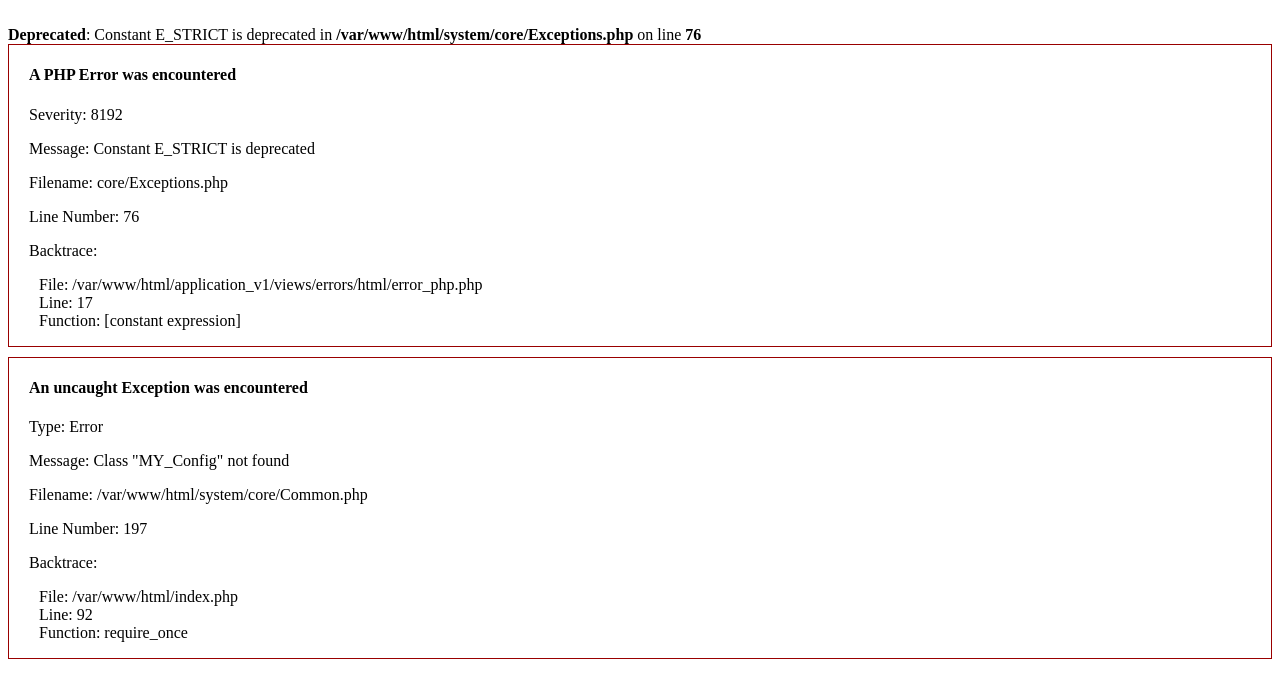
Repository: Mreweb/BargheToRest
Page: http://localhost/BargheToApi/
The author's editor kept a copy of each file at every save. The page is drawn from the files as they stood at one save, then again after the next save.
The browser window is 1280 px wide. The pictures show the whole page.
The page is run by PHP 8.4 with error messages shown; the project is at /var/www/html/. application_v1/core/MY_Config.php is not in the repository; a stand-in opens the database connection.

Above is the page before, as saved 2023-10-28 15:25:39.

After the next save:
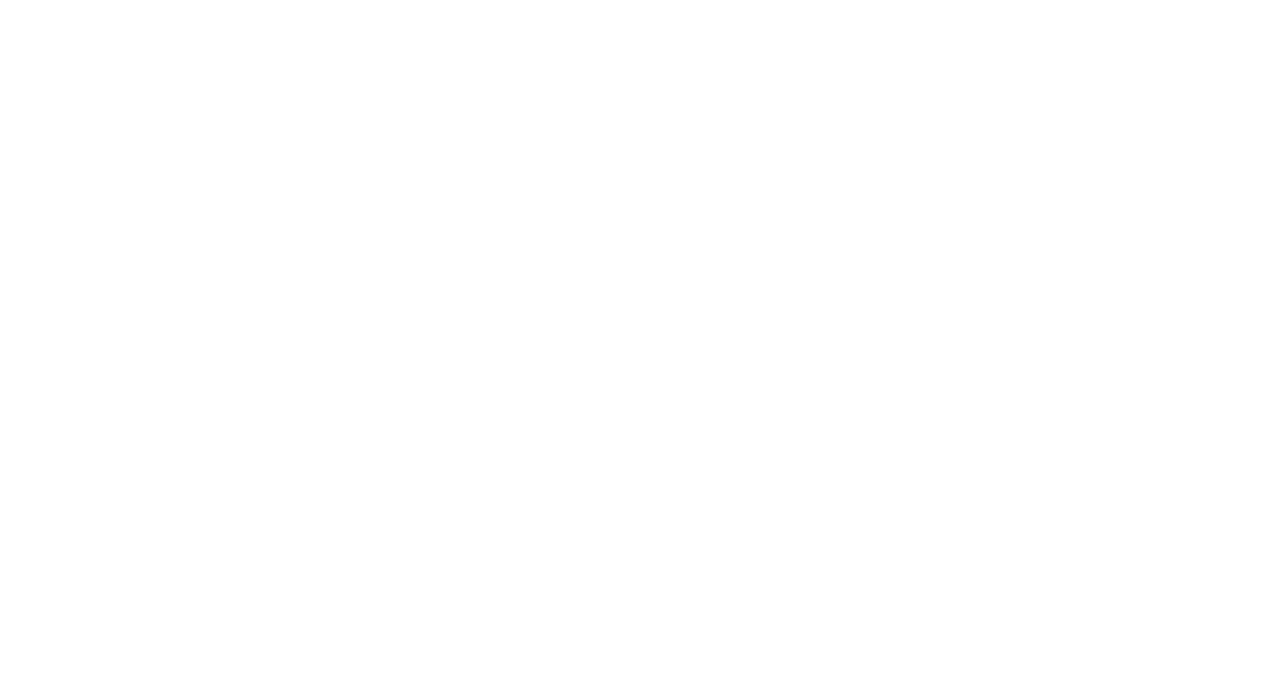
Saved 38 s later.
--- a/index.php
+++ b/index.php
@@ -1,5 +1,5 @@
 <?php
-define('ENVIRONMENT',  'development');
+define('ENVIRONMENT',  'production');
 switch (ENVIRONMENT) {
     case 'development':
         error_reporting(-1);

After the save that followed:
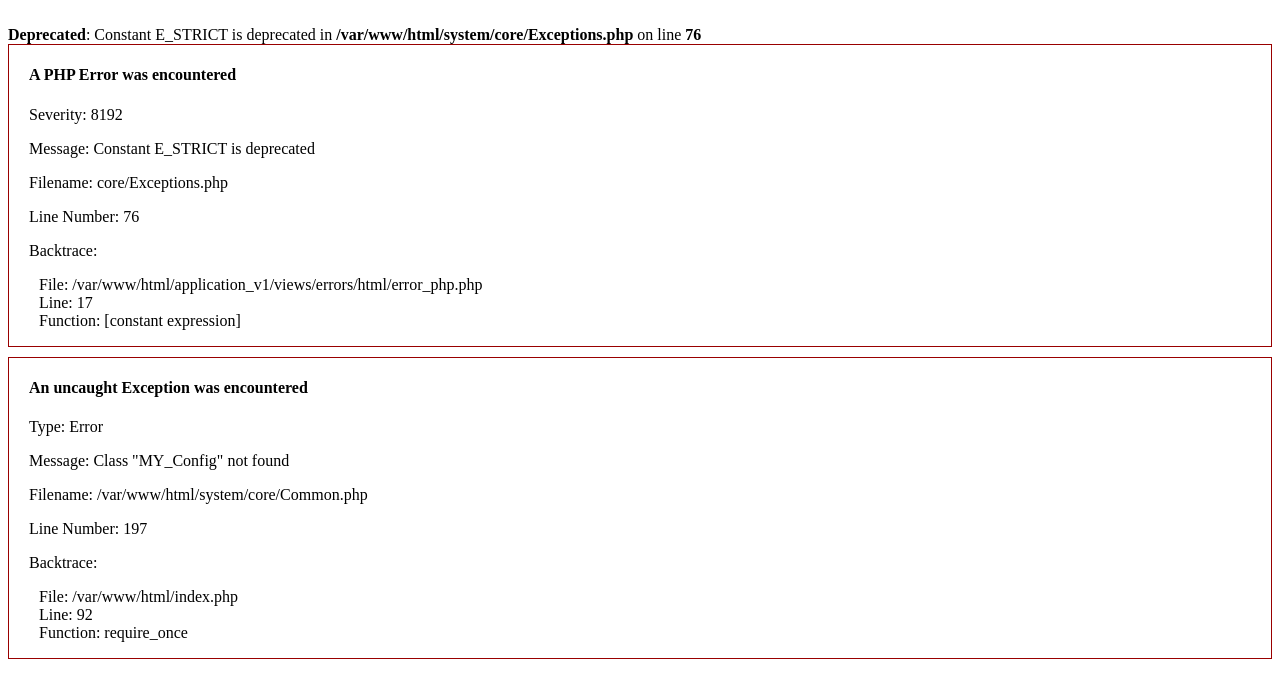
Saved 8 s later.
--- a/index.php
+++ b/index.php
@@ -1,5 +1,5 @@
 <?php
-define('ENVIRONMENT',  'production');
+define('ENVIRONMENT',  'development');
 switch (ENVIRONMENT) {
     case 'development':
         error_reporting(-1);
